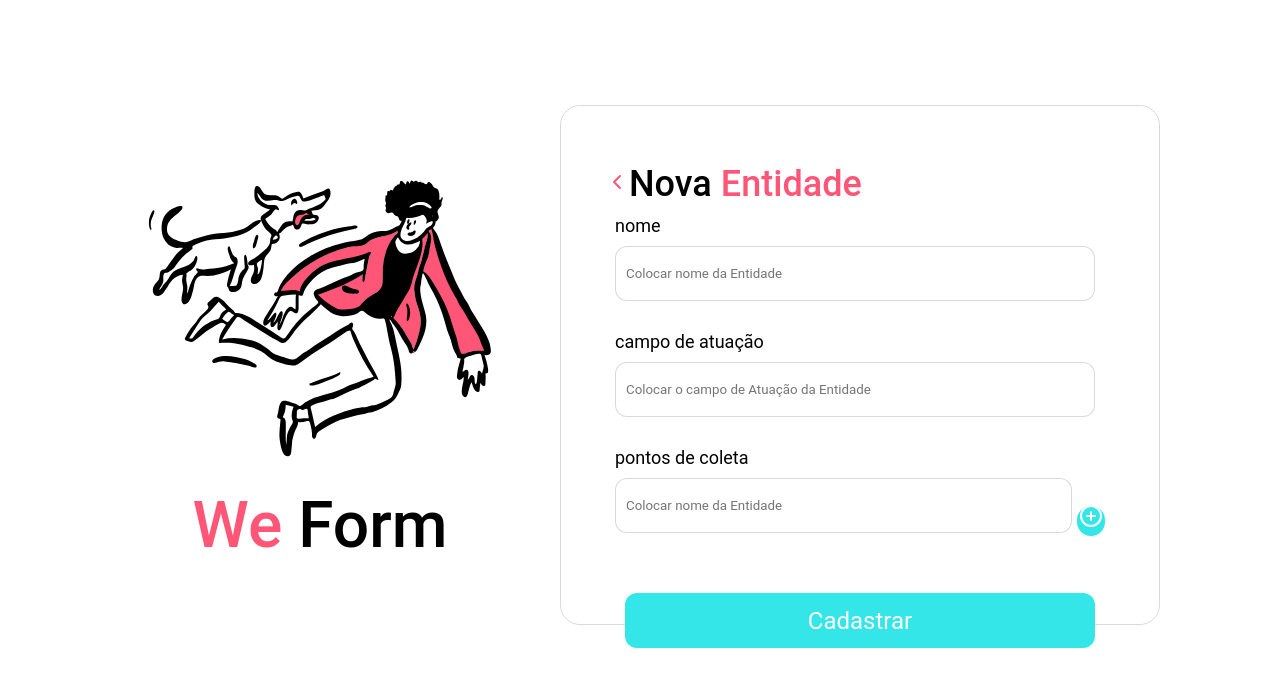
Repository: guilhermecardoso93/we-form
Page: nova-entidade.html
The author's editor kept a copy of each file at every save. The page is drawn from the files as they stood at one save, then again after the next save.
The browser window is 1280 px wide. The pictures show the whole page.
Some web libraries are served in a nearby version.

Above is the page before, as saved 2024-06-09 18:22:58.

After the next save:
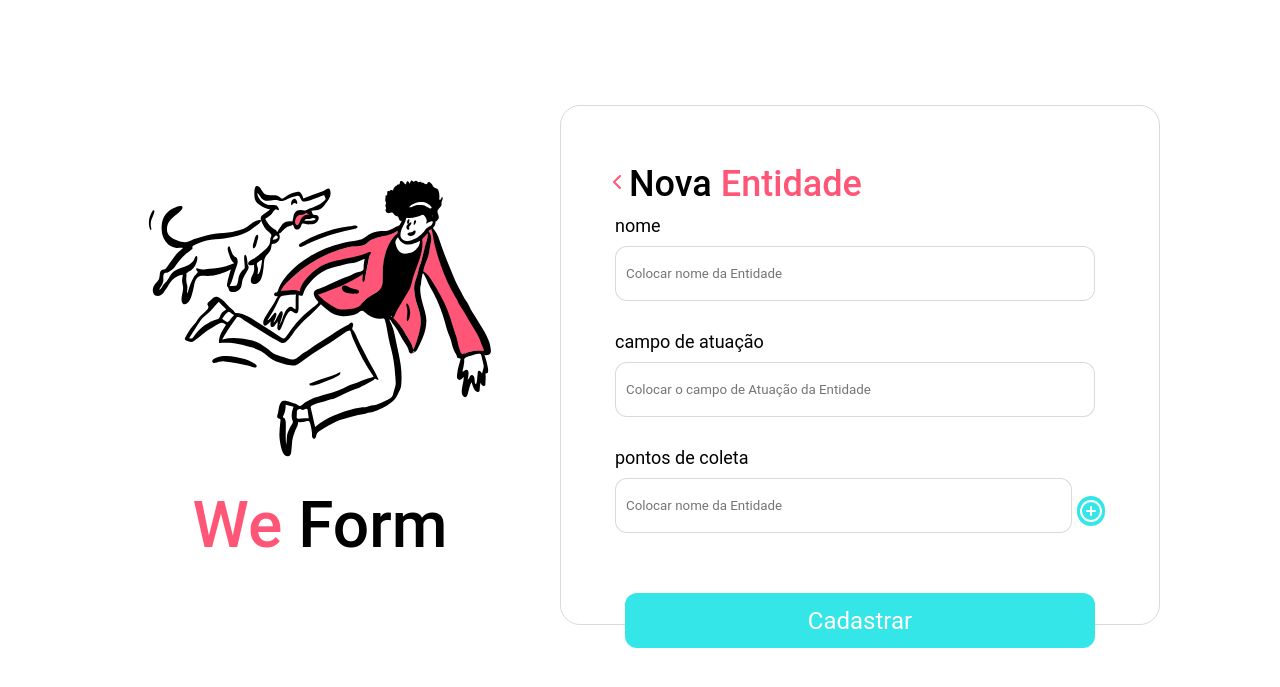
Saved 10 s later.
--- a/styles.css
+++ b/styles.css
@@ -157,5 +157,5 @@ main form label {
   align-items: center;
   justify-content: center;
   background-color: #35e6e9;
-  padding-bottom: 1rem;
+  margin-bottom: 2rem;;
 }
